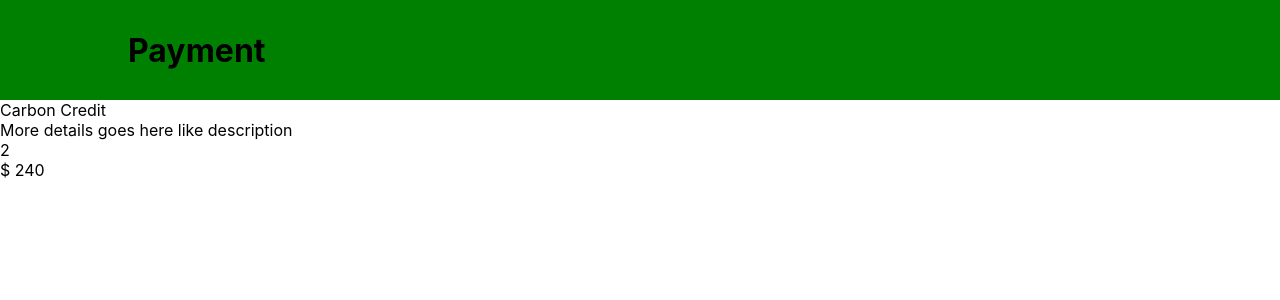
Repository: Yowani24/CarbonApp
Page: /payment
These files come from the project's save history. The page is drawn as it stood at one moment and after the next save; the edit follows.
The browser window is 1280 px wide. The pictures show the whole page.
The project was rebuilt for these pictures with package versions that can differ from the ones it lists, and the page was loaded fresh each time. The framework's server and built-in components were replaced by stand-ins that run in the browser. Also part of the build but not shown: next.config.js, pages/cart/Cart.module.css, pages/cart/index.js.

Above is the page before, as saved 2021-09-26 23:51:35.

After the next save:
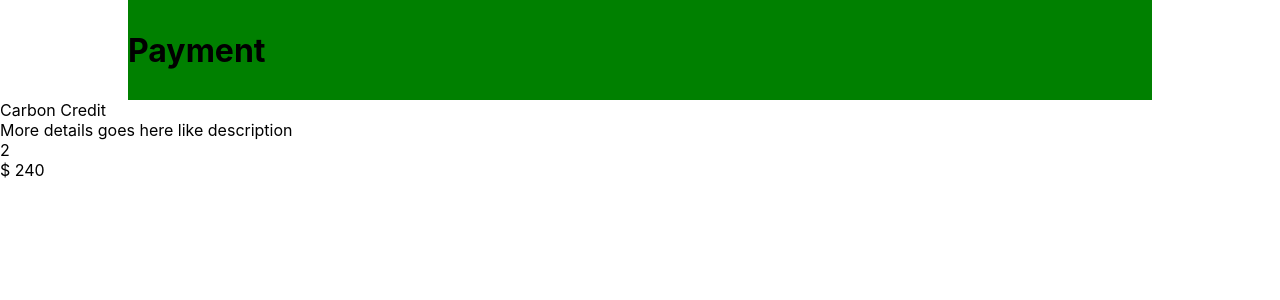
Saved 10 s later.
--- a/pages/payment/Payment.module.css
+++ b/pages/payment/Payment.module.css
@@ -2,7 +2,7 @@
     width: 80%;
     margin: 0 auto;
 }
-.header{
+.header_content{
     background: green;
     height: 100px;
     display: flex;
